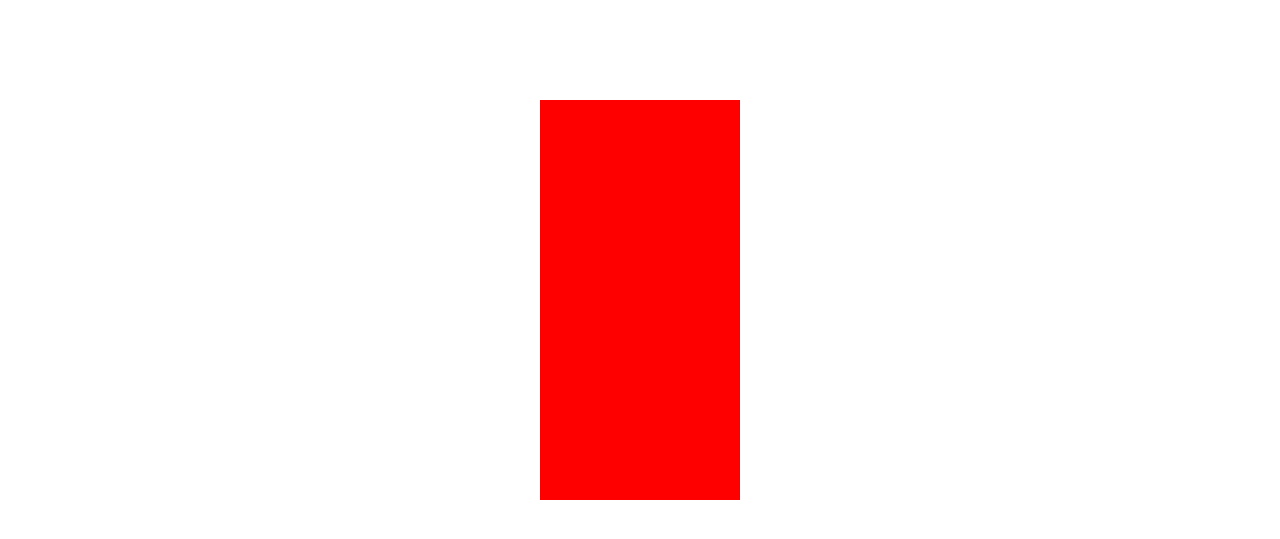
Repository: fangYiYuan/javascript-
Page: translate.html
An editor plug-in stored every save of this project. The page is shown before and after the next save, followed by the edit.
The browser window is 1280 px wide. The pictures show the whole page.

Above is the page before, as saved 2020-04-16 14:39:13.

### translate.html
<!DOCTYPE html>
<html lang="en">
<head>
  <meta charset="UTF-8">
  <meta name="viewport" content="width=device-width, initial-scale=1.0">
  <meta http-equiv="X-UA-Compatible" content="ie=edge">
  <title>Document</title>
</head>
<style>
  *{
    margin: 0;
    padding: 0;
  }
  .divbox{
    margin: 100px auto;
    position: relative;
    width: 200px;
    height: 400px;
  }
  .divbox > div{
    width: 100%;
    height: 100%;
    background: red;
    position: absolute;
    top: 0;
    left: 0;
  }
</style>
<body>
  <div class="divbox">
    <div></div>
    <div></div>
    <div></div>
    <div></div>
    <div></div>
    <div></div>
  </div>
</body>
</html>

After the next save:
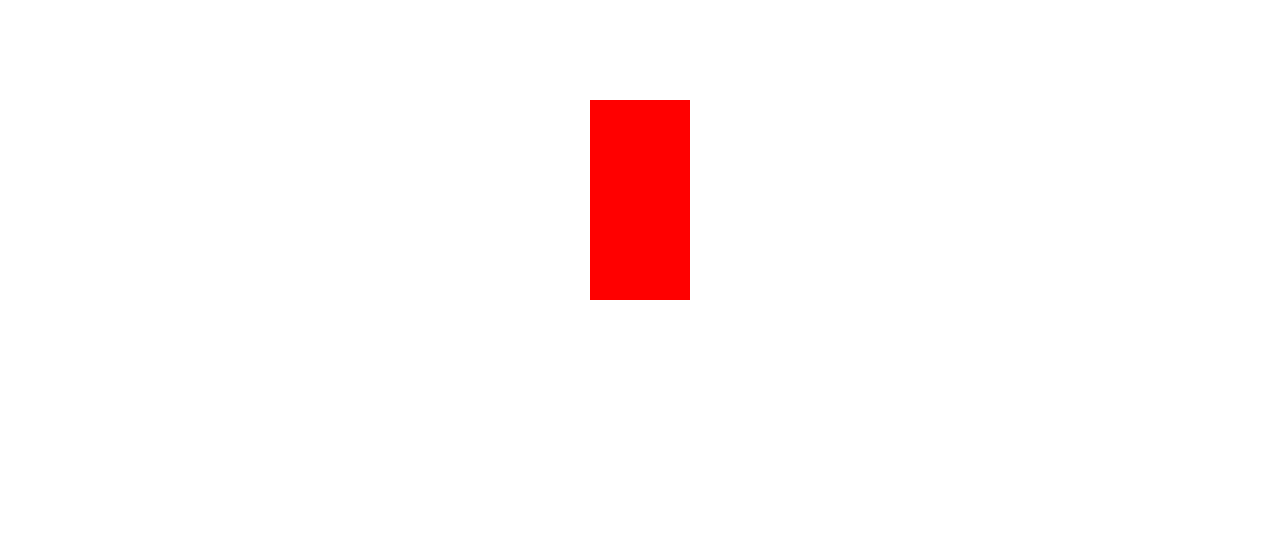
Saved 7 s later.
--- a/translate.html
+++ b/translate.html
@@ -14,8 +14,8 @@
   .divbox{
     margin: 100px auto;
     position: relative;
-    width: 200px;
-    height: 400px;
+    width: 100px;
+    height: 200px;
   }
   .divbox > div{
     width: 100%;
